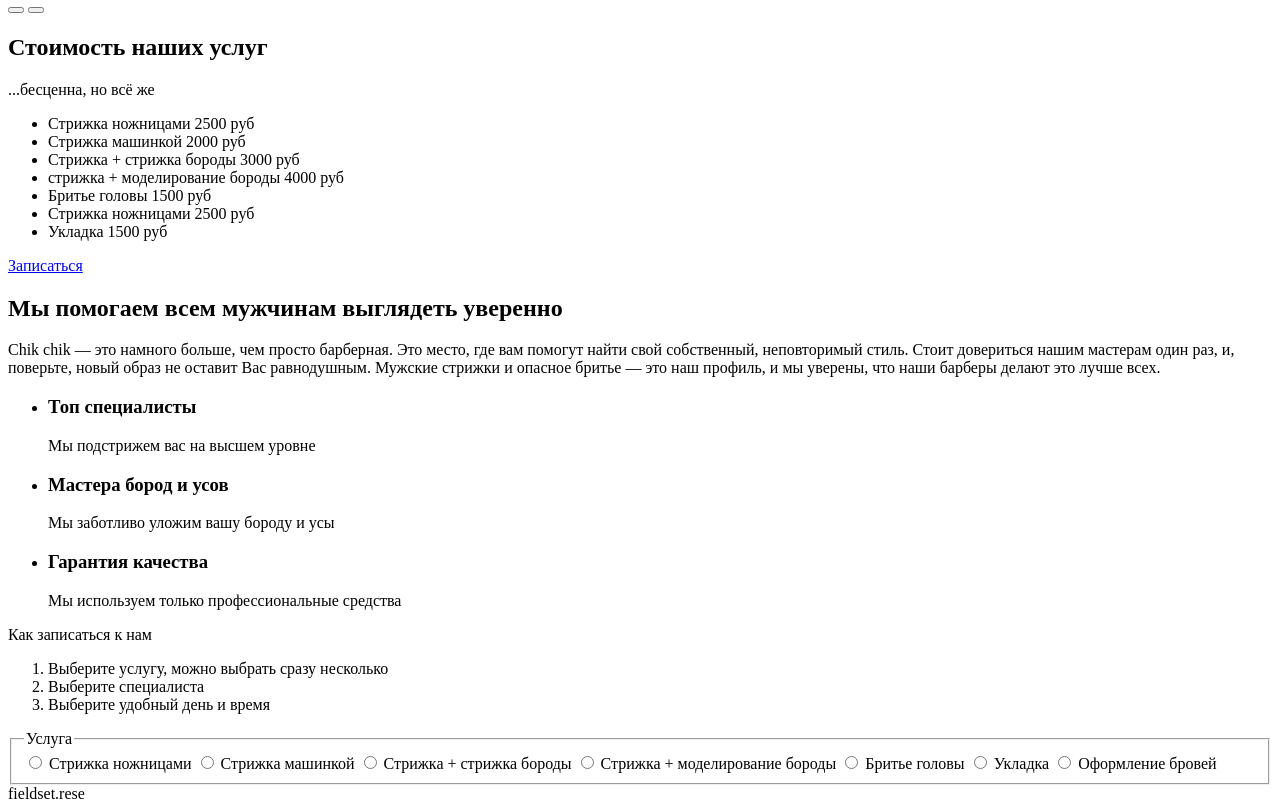
Repository: alexboagreek/chick-chick
Page: index.html
The author's editor kept a copy of each file at every save. The page is drawn from the files as they stood at one save, then again after the next save.
The browser window is 1280 px wide. The pictures show the part of the page from y = 3047 to 3860 px (the page is 3858 px tall before and 3860 px after).
A picture or video elsewhere on the page could not be fetched, so the positions and the page height are approximate.

Above is the page before, as saved 2023-01-17 15:29:56.

After the next save:
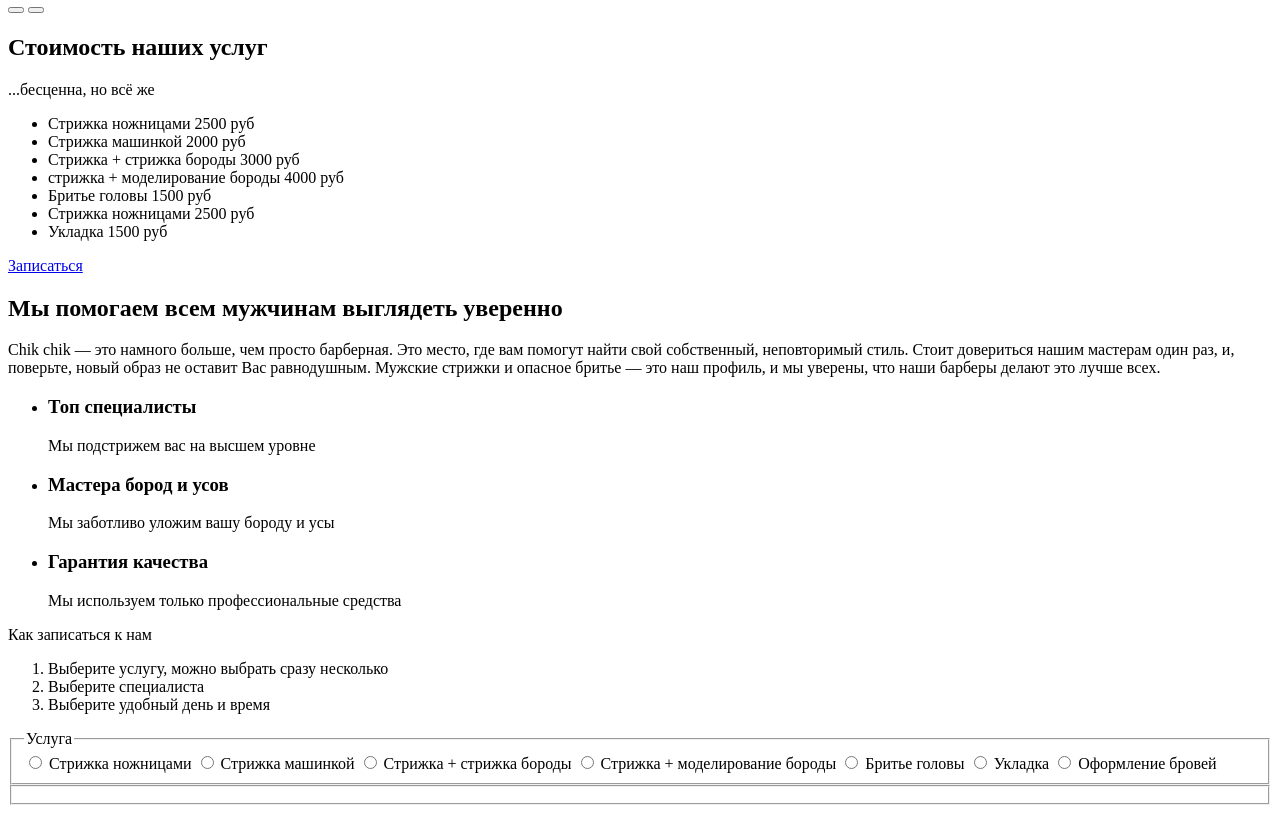
Saved 8 s later.
--- a/index.html
+++ b/index.html
@@ -187,7 +187,7 @@
                         </label>
                     </fieldset>
 
-                    fieldset.rese
+                    <fieldset class="reserve__fieldset"></fieldset>
                 </div>
             </form>
         </section>
